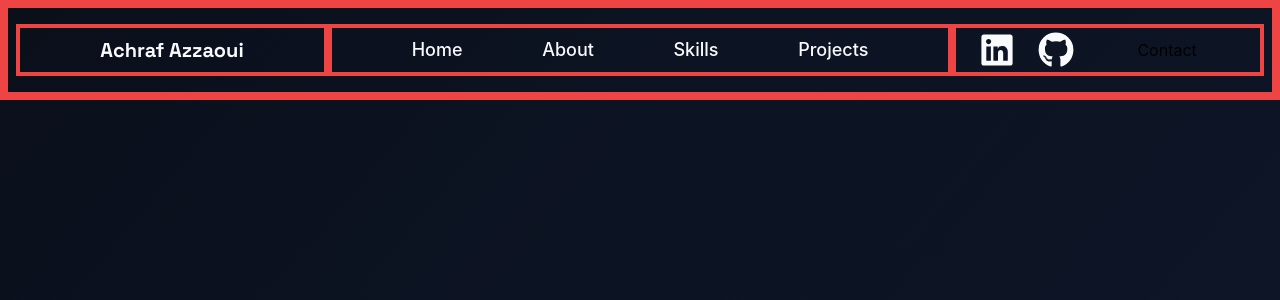
Repository: AchrafAzzaoui/Portfolio-Website
Page: / (app in achrafs-portfolio/)
An editor plug-in stored every save of this project. The page is shown before and after the next save, followed by the edit.
The browser window is 1280 px wide. The pictures show the whole page.
Some web fonts or font styles are not loaded; a fallback is used. The project was rebuilt for these pictures with package versions that can differ from the ones it lists, and the page was loaded fresh each time. Also part of the build but not shown: achrafs-portfolio/vite.config.ts.

Above is the page before, as saved 2025-01-02 22:01:32.

### achrafs-portfolio/index.html
<!DOCTYPE html>
<html lang="en">
  <head>
    <meta charset="UTF-8" />
    <link rel="icon" type="image/svg+xml" href="/vite.svg" />
    <meta name="viewport" content="width=device-width, initial-scale=1.0" />
    <!-- Inter for body text -->
    <link rel="preconnect" href="https://rsms.me/" />
    <link rel="stylesheet" href="https://rsms.me/inter/inter.css" />

    <!-- Space Grotesk for headlines -->
    <link rel="preconnect" href="https://fonts.googleapis.com" />
    <link rel="preconnect" href="https://fonts.gstatic.com" crossorigin />
    <link
      href="https://fonts.googleapis.com/css2?family=Space+Grotesk:wght@500;600;700&display=swap"
      rel="stylesheet"
    />
    <title>Achraf's Portfolio Website</title>
  </head>
  <body>
    <div id="root"></div>
    <script type="module" src="/src/main.tsx"></script>
  </body>
</html>

### achrafs-portfolio/src/index.css
@tailwind base;
@tailwind components;
@tailwind utilities;
@tailwind base;
@tailwind components;
@tailwind utilities;

@layer base {
  * {
    margin: 0;
    padding: 0;
    box-sizing: border-box;
  }

  html {
    scroll-behavior: smooth;
  }

  body {
    @apply font-sans antialiased;
  }

  ul,
  ol {
    list-style: none;
  }

  a {
    text-decoration: none;
    color: inherit;
  }

  img {
    max-width: 100%;
    height: auto;
  }

  button {
    background: none;
    border: none;
    cursor: pointer;
  }
}

### achrafs-portfolio/src/App.tsx
import "./index.css";
import Header from "./components/layout/Header.tsx";
export default function App() {
  return (
    <div className="min-h-screen bg-gradient-dark">
      <Header />
    </div>
  );
}

### achrafs-portfolio/src/components/layout/Header.tsx
import { useState } from "react";
import { RxLinkedinLogo } from "react-icons/rx";
import { FaGithub } from "react-icons/fa";

export default function Header() {
  const [isMenuOpen, setIsMenuOpen] = useState(false);

  return (
    <header className="px-2 py-4 border-8 border-red-500">
      <nav className="flex ">
        <div className="basis-1/4 flex-auto flex justify-center items-center font-display font-bold text-dark-text-primary border-4 border-red-500">
          <h2 className="text-xl">Achraf Azzaoui</h2>
        </div>
        <div className="basis-2/4 flex-auto flex justify-evenly items-center border-4 border-red-500">
          <a
            href="#home"
            className="font-sans font-medium text-dark-text-primary text-lg"
          >
            Home
          </a>
          <a
            href="#about"
            className="font-sans font-medium text-dark-text-primary text-lg"
          >
            About
          </a>
          <a
            href="#skills"
            className="font-sans font-medium text-dark-text-primary text-lg"
          >
            Skills
          </a>
          <a
            href="#projects"
            className="font-sans font-medium text-dark-text-primary text-lg"
          >
            Projects
          </a>
        </div>
        <div className="basis-1/4 flex-auto flex justify-evenly items-center border-4 border-red-500">
          <RxLinkedinLogo className="text-4xl rounded-sm text-dark-text-primary" />
          <FaGithub className="text-4xl rounded-full text-dark-text-primary" />
          <button className="px-10 py-2.5 border-4 border-red-200">
            Contact
          </button>
        </div>
      </nav>
    </header>
  );
}

### achrafs-portfolio/tailwind.config.js
/** @type {import('tailwindcss').Config} */
const defaultTheme = require("tailwindcss/defaultTheme");

export default {
  content: ["./index.html", "./src/**/*.{js,ts,jsx,tsx}"],
  theme: {
    extend: {
      backgroundImage: {
        "gradient-dark":
          "linear-gradient(130deg, #0A0F1A 0%, #0C1322 40%, #0E1628 100%)",
        "gradient-light":
          "linear-gradient(130deg, #F8FAFC 0%, #EEF2F6 40%, #E2E8F0 100%)", // Light theme gradient
      },
      colors: {
        // Dark theme
        dark: {
          text: {
            primary: "#F8FAFC", // Almost white
            secondary: "#94A3B8", // Lighter gray
            muted: "#64748B", // Muted gray
          },
        },
        // Light theme
        light: {
          text: {
            primary: "#0F172A", // Very dark blue/gray
            secondary: "#334155", // Dark gray
            muted: "#64748B", // Same as dark for balance
          },
        },
      },
      fontFamily: {
        sans: ["Inter", ...defaultTheme.fontFamily.sans],
        display: ["Space Grotesk", ...defaultTheme.fontFamily.sans],
      },
    },
  },
  plugins: [],
};

Loaded but not shown: achrafs-portfolio/src/main.tsx (common file)

After the next save:
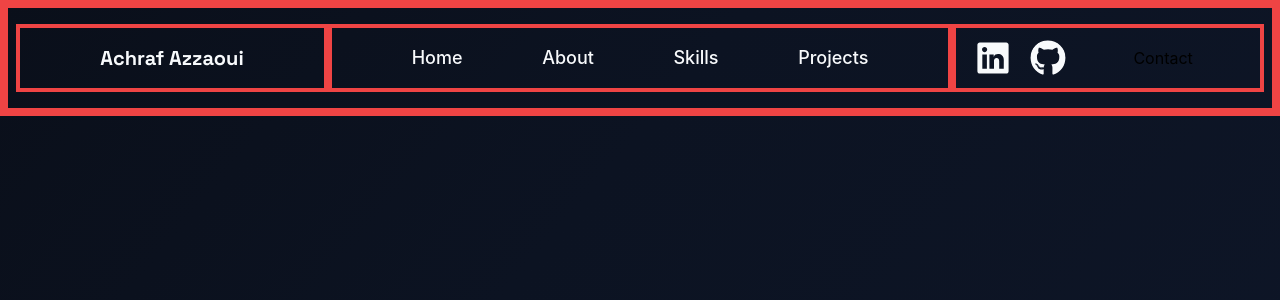
Saved 32 s later.
--- a/achrafs-portfolio/src/components/layout/Header.tsx
+++ b/achrafs-portfolio/src/components/layout/Header.tsx
@@ -40,7 +40,7 @@
         <div className="basis-1/4 flex-auto flex justify-evenly items-center border-4 border-red-500">
           <RxLinkedinLogo className="text-4xl rounded-sm text-dark-text-primary" />
           <FaGithub className="text-4xl rounded-full text-dark-text-primary" />
-          <button className="px-10 py-2.5 border-4 border-red-200">
+          <button className="px-10 py-2.5 border-2 border-red-500 hover:border-red-600 rounded-md m-2 transition-all">
             Contact
           </button>
         </div>

After the save that followed:
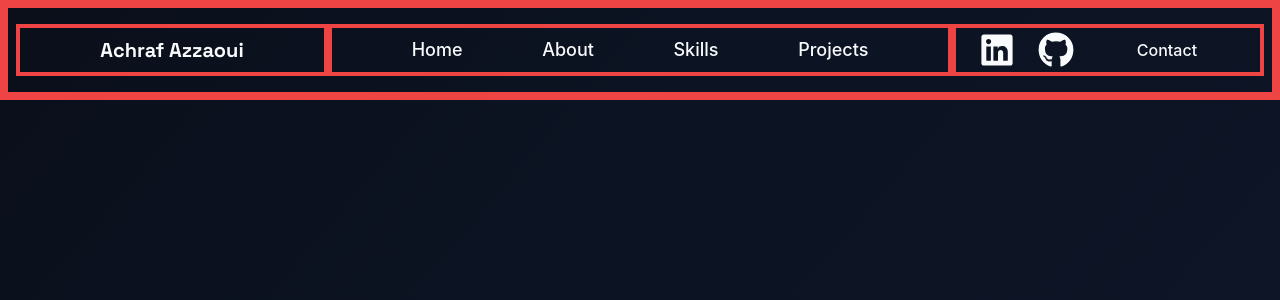
Saved 97 s later.
--- a/achrafs-portfolio/src/components/layout/Header.tsx
+++ b/achrafs-portfolio/src/components/layout/Header.tsx
@@ -40,7 +40,7 @@
         <div className="basis-1/4 flex-auto flex justify-evenly items-center border-4 border-red-500">
           <RxLinkedinLogo className="text-4xl rounded-sm text-dark-text-primary" />
           <FaGithub className="text-4xl rounded-full text-dark-text-primary" />
-          <button className="px-10 py-2.5 border-2 border-red-500 hover:border-red-600 rounded-md m-2 transition-all">
+          <button className="px-10 py-2.5 border-2 border-dark-text-primary rounded-md text-dark-text-primary font-sans font-medium">
             Contact
           </button>
         </div>
